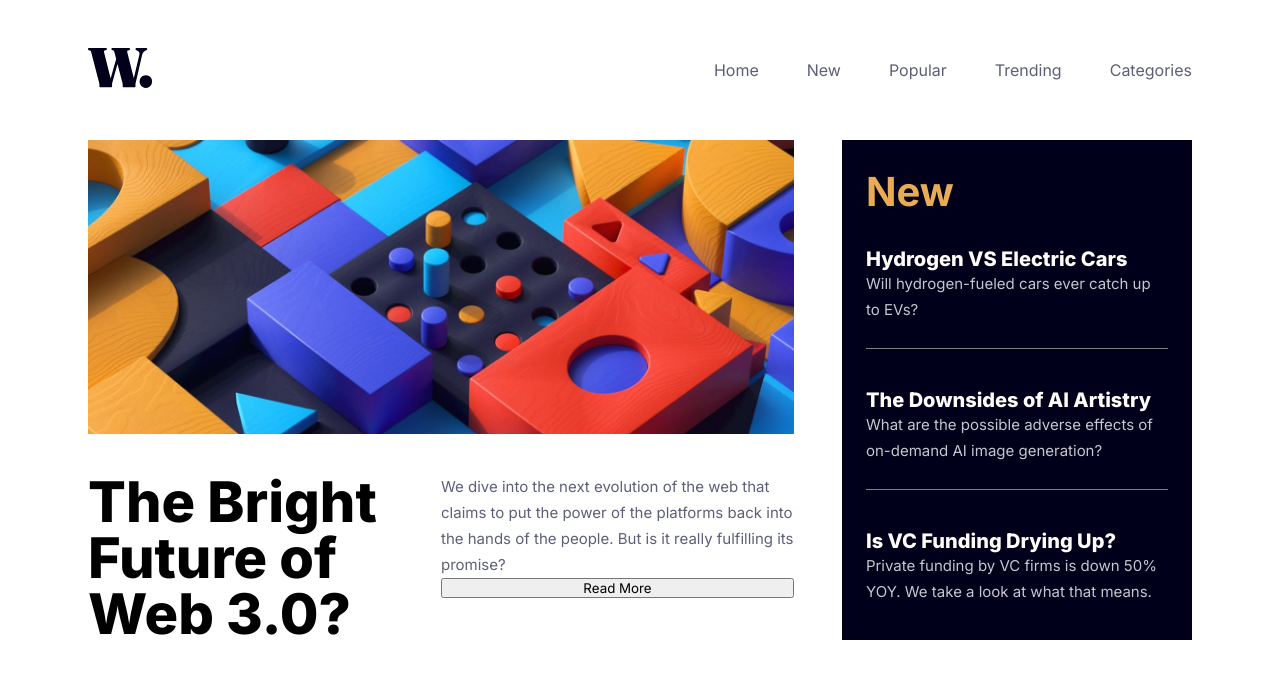
Repository: DevAntonioRogers/FrontendMentor-News-Homepage
Page: index.html
These files come from the project's save history. The page is drawn as it stood at one moment and after the next save; the edit follows.
The browser window is 1280 px wide. The pictures show the whole page.

Above is the page before, as saved 2023-04-21 12:47:21.

After the next save:
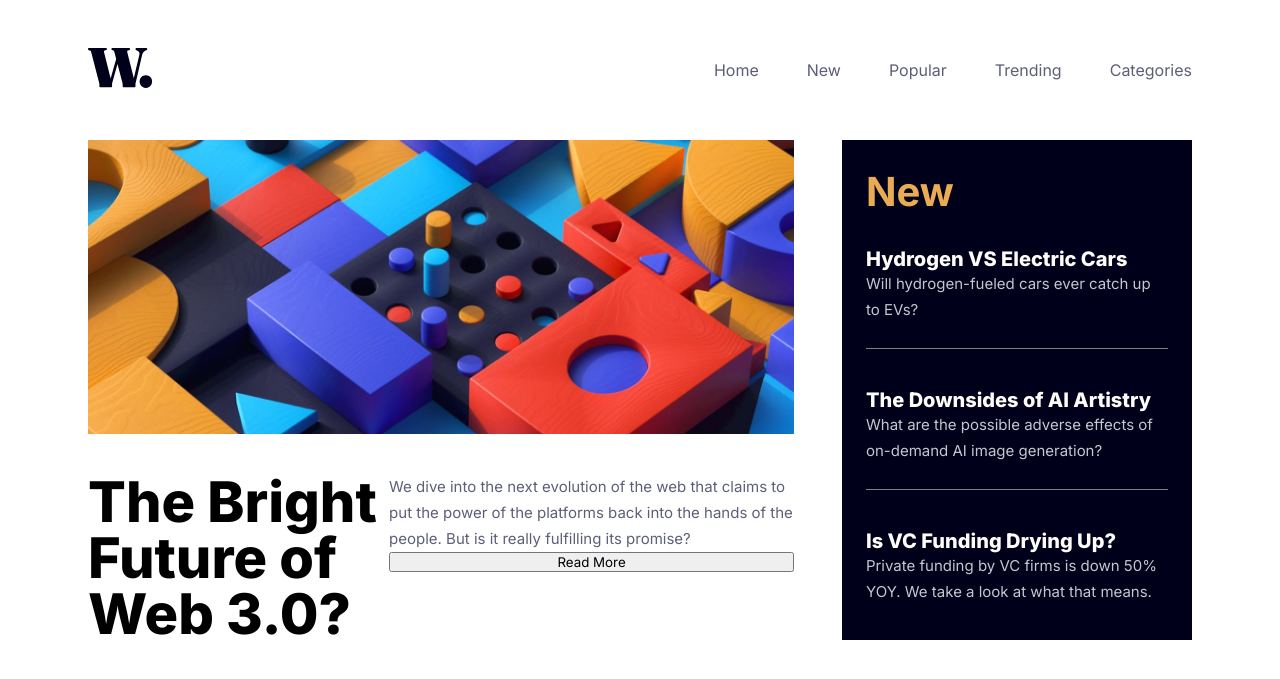
Saved 30 s later.
--- a/styles.css
+++ b/styles.css
@@ -81,7 +81,7 @@
 .hero-article div{
   display: flex;
   flex-direction: column;
-  flex: 1;
+
 }
 
 .hero-article p{

After the save that followed:
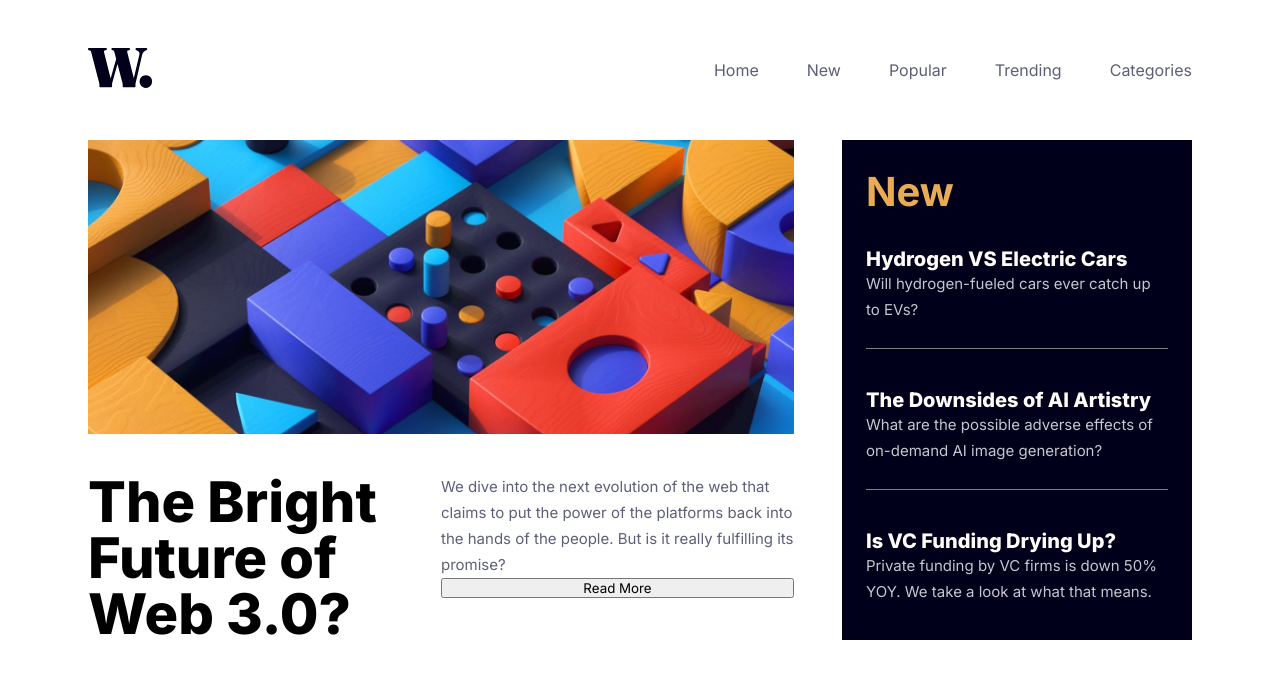
Saved 10 s later.
--- a/styles.css
+++ b/styles.css
@@ -81,7 +81,7 @@
 .hero-article div{
   display: flex;
   flex-direction: column;
-
+  flex: 1;
 }
 
 .hero-article p{
